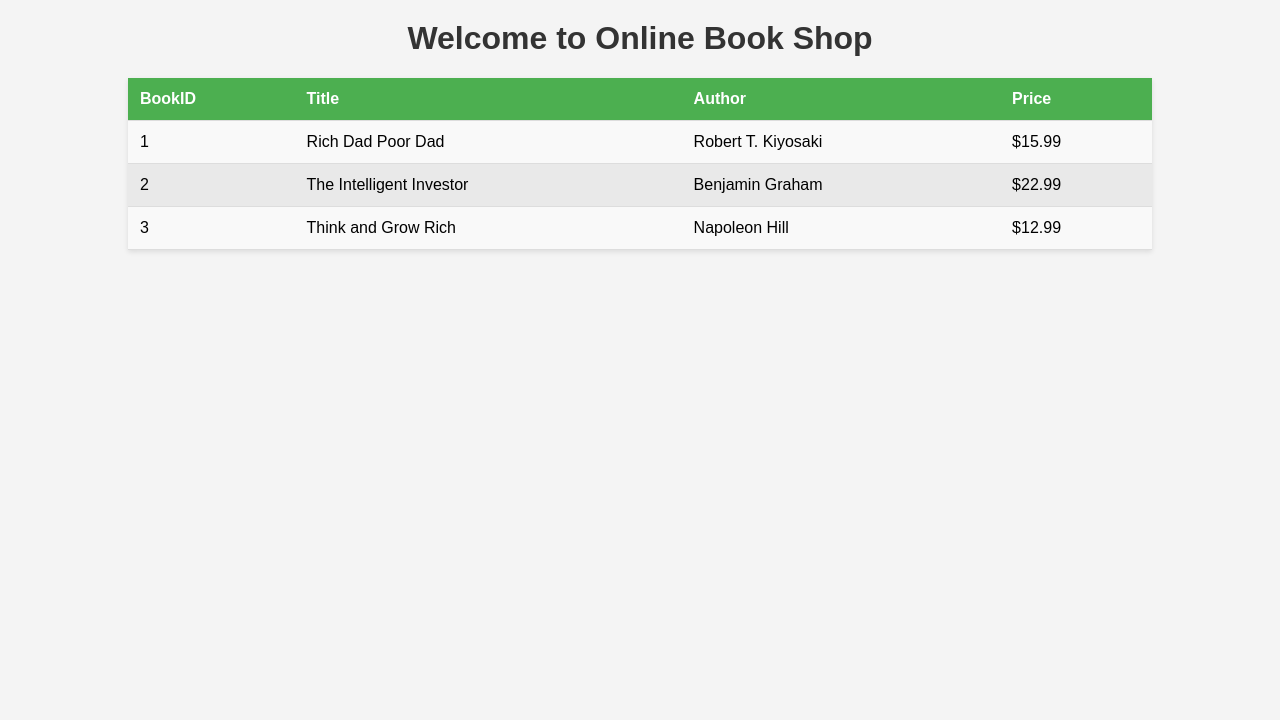
Repository: Afrozzzz/java-training
Page: shop/src/main/resources/static/index.html
An editor plug-in stored every save of this project. The page is shown before and after the next save, followed by the edit.
The browser window is 1280 px wide. The pictures show the whole page.

Above is the page before, as saved 2025-02-26 12:39:45.

### shop/src/main/resources/static/index.html
<!DOCTYPE html>
<html lang="en">
<head>
    <title>Welcome to Online Book Shop</title>
    <link rel="stylesheet" href="styles.css">
</head>
<body>
    <h1>Welcome to Online Book Shop</h1>
    <table>
        <thead>
            <tr>
                <th>BookID</th>
                <th>Title</th>
                <th>Author</th>
                <th>Price</th>
            </tr>
        </thead>
        <tbody>
            <tr>
                <td>1</td>
                <td>Rich Dad Poor Dad</td>
                <td>Robert T. Kiyosaki</td>
                <td>$15.99</td>
            </tr>
            <tr>
                <td>2</td>
                <td>The Intelligent Investor</td>
                <td>Benjamin Graham</td>
                <td>$22.99</td>
            </tr>
            <tr>
                <td>3</td>
                <td>Think and Grow Rich</td>
                <td>Napoleon Hill</td>
                <td>$12.99</td>
            </tr>
        </tbody>
    </table>
</body>
</html>

### shop/src/main/resources/static/styles.css
body {
    font-family: Arial, sans-serif;
    margin: 0;
    padding: 0;
    background-color: #f4f4f4;
}

h1 {
    text-align: center;
    color: #333;
    margin-top: 20px;
}

table {
    width: 80%;
    margin: 20px auto;
    border-collapse: collapse;
    background-color: #fff;
    box-shadow: 0 2px 5px rgba(0, 0, 0, 0.1);
    transition: box-shadow 0.3s ease-in-out;
}

table:hover {
    box-shadow: 0 4px 15px rgba(0, 0, 0, 0.2);
}

th, td {
    padding: 12px;
    text-align: left;
    border-bottom: 1px solid #ddd;
    transition: background-color 0.3s ease-in-out, color 0.3s ease-in-out;
}

th {
    background-color: #4CAF50;
    color: #fff;
}

tbody tr:nth-child(odd) td {
    background-color: #f9f9f9;
}

tbody tr:nth-child(even) td {
    background-color: #e9e9e9;
}

tbody tr:hover td {
    background-color: #e0f7fa;
    color: #00796b;
}

th:hover {
    background-color: #45a049;
}

td:hover {
    background-color: #b2dfdb;
}

.form-container {
    width: 50%;
    margin: 50px auto;
    padding: 20px;
    background-color: #fff;
    box-shadow: 0 0 10px rgba(0, 0, 0, 0.1);
    border-radius: 8px;
}

.form-container h2 {
    text-align: center;
    margin-bottom: 20px;
    color: #333;
}

.form-group {
    margin-bottom: 15px;
}

.form-group label {
    display: block;
    margin-bottom: 5px;
    color: #555;
}

.form-group input[type="text"],
.form-group input[type="number"] {
    width: 100%;
    padding: 10px;
    border: 1px solid #ccc;
    border-radius: 4px;
    transition: border-color 0.3s ease-in-out, box-shadow 0.3s ease-in-out;
}

.form-group input[type="text"]:focus,
.form-group input[type="number"]:focus {
    border-color: #007BFF;
    box-shadow: 0 0 5px rgba(0, 123, 255, 0.5);
}

.form-group button {
    width: 100%;
    padding: 10px;
    background-color: #007BFF;
    color: #fff;
    border: none;
    border-radius: 4px;
    cursor: pointer;
    transition: background-color 0.3s ease-in-out, box-shadow 0.3s ease-in-out;
}

.form-group button:hover {
    background-color: #0056b3;
    box-shadow: 0 0 10px rgba(0, 86, 179, 0.5);
}

After the next save:
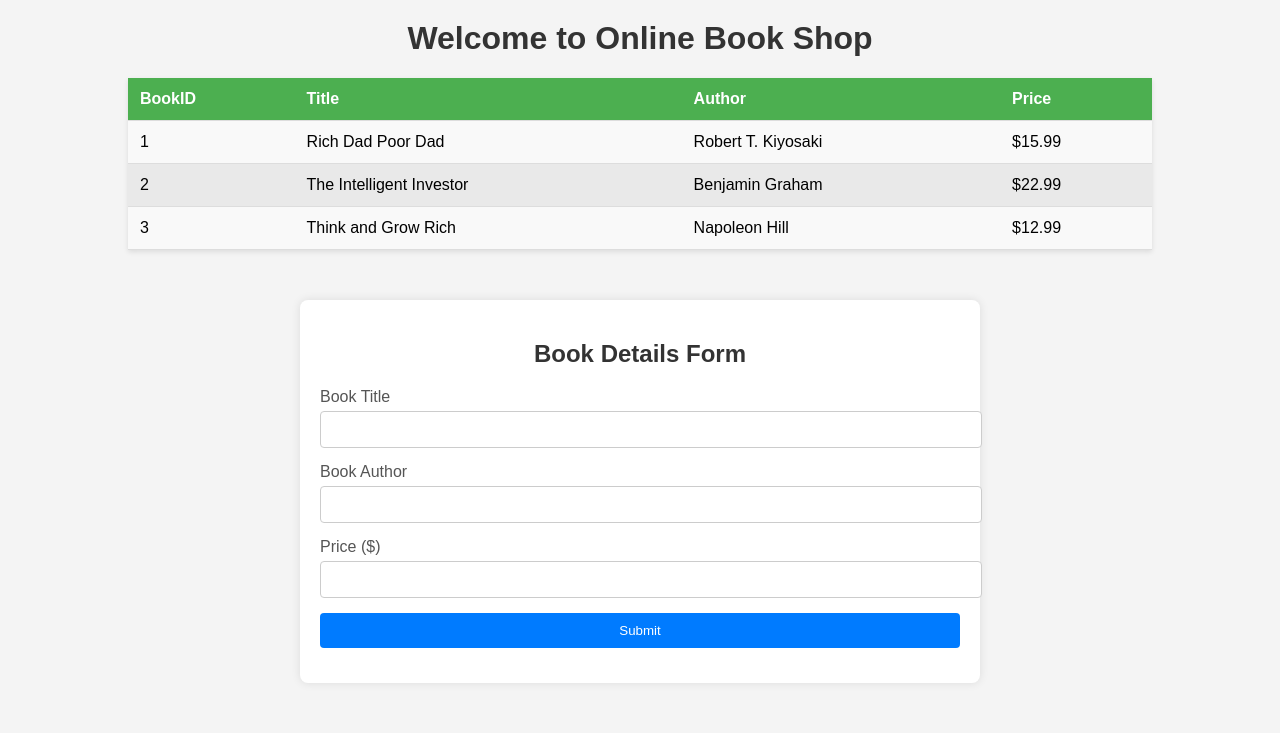
Saved 20 s later.
--- a/shop/src/main/resources/static/index.html
+++ b/shop/src/main/resources/static/index.html
@@ -36,5 +36,26 @@
             </tr>
         </tbody>
     </table>
+
+    <div class="form-container">
+        <h2>Book Details Form</h2>
+        <form action="#" method="post">
+            <div class="form-group">
+                <label for="book-title">Book Title</label>
+                <input type="text" id="book-title" name="book-title" required>
+            </div>
+            <div class="form-group">
+                <label for="book-author">Book Author</label>
+                <input type="text" id="book-author" name="book-author" required>
+            </div>
+            <div class="form-group">
+                <label for="price">Price ($)</label>
+                <input type="number" id="price" name="price" step="0.01" required>
+            </div>
+            <div class="form-group">
+                <button type="submit">Submit</button>
+            </div>
+        </form>
+    </div>
 </body>
 </html>
